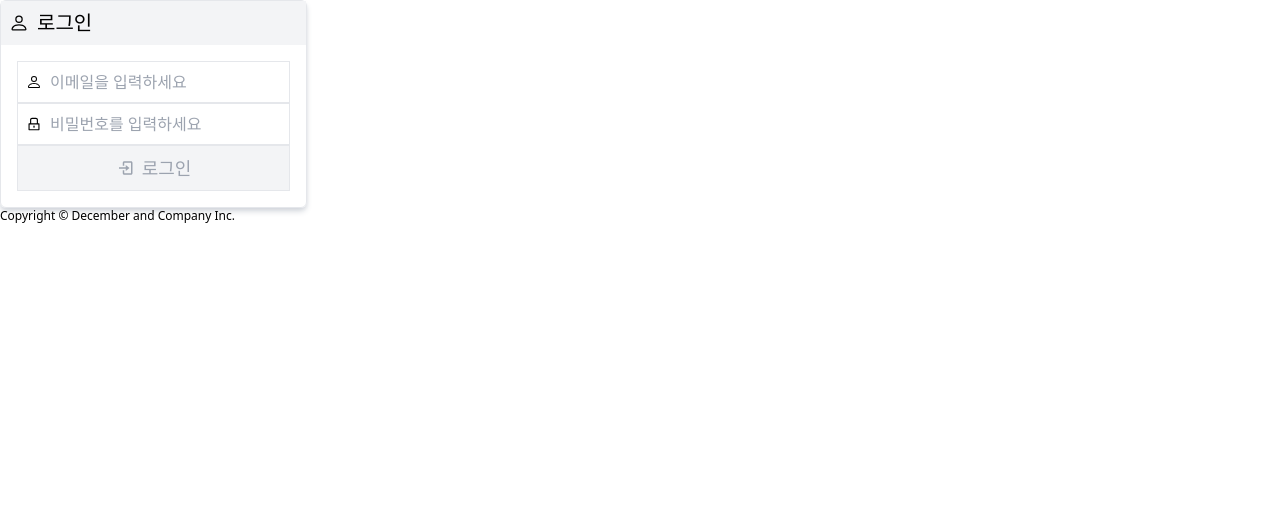
Repository: wanted-pre-onboarding-4/pre-onboarding-assignment-week-4-1-team-4
Page: /login (app in client/)
The author's editor kept a copy of each file at every save. The page is drawn from the files as they stood at one save, then again after the next save.
The browser window is 1280 px wide. The pictures show the whole page.
The project was rebuilt for these pictures with package versions that can differ from the ones it lists, and the page was loaded fresh each time. Also part of the build but not shown: client/src/components/Footer.jsx, client/src/components/Header.jsx, client/src/components/Sider.jsx, client/src/components/Layout.jsx.

Above is the page before, as saved 2022-09-20 21:21:01.

### client/src/index.js
import React from 'react';
import ReactDOM from 'react-dom/client';
import App from './App';
import "./index.css"
const root = ReactDOM.createRoot(document.getElementById('root'));
root.render(
  <React.StrictMode>
    <App />
  </React.StrictMode>
);

### client/src/App.js
import { BrowserRouter as Router, Routes, Route } from 'react-router-dom';
import Layout from './components/Layout';
import Login from './pages/login/Login';

function App() {
  return (
    <Router>
      <Routes>
        <Route path="/login" element={<Login/>} />
        <Route element={<Layout />}>
          <Route path="/" element={<div>홈</div>} />
          <Route path="/users" element={<div>유저 목록 페이지</div>} />
          <Route path="/users/:user_id" element={<div>유저 상세 페이지</div>} />
          <Route path="/accounts" element={<div>계좌 목록 페이지</div>} />
          <Route path="/accounts/:account_id" element={<div>계좌 상세 페이지</div>} />
          <Route path="*" element={<div>404페이지</div>} />
        </Route>
      </Routes>
    </Router>
  );
}

export default App;

### client/src/index.css
#root{
  display: flex;
  height:100vh;
}

@tailwind base;
@tailwind components;
@tailwind utilities;

### client/src/pages/login/Login.jsx
import React from 'react';
import { BsPerson } from 'react-icons/bs';
import { AiOutlineLock } from 'react-icons/ai';
import { BiLogIn } from 'react-icons/bi';

const Login = () => {
  return (
    <div className='flex flex-col'>
      <div className='border-solid border-[1px] rounded-md shadow-md shadow-gray-300'>
        <div className="flex items-center justify-start space-x-2 p-2 font-medium text-xl bg-gray-100">
          <BsPerson />
          <h1>로그인</h1>
        </div>
        <form className='p-4'>
          <label className="flex items-center space-x-2 border-solid border-[1px] p-2">
            <BsPerson />
            <input type="email" placeholder="이메일을 입력하세요" className='outline-none' />
          </label>
          <label className="flex items-center space-x-2 border-solid border-[1px] p-2">
            <AiOutlineLock />
            <input type="password" placeholder="비밀번호를 입력하세요" className='outline-none' />
          </label>
          <button
            className="flex items-center justify-center space-x-2 w-full text-lg border-solid border-[1px] p-2 disabled:text-gray-400 disabled:bg-gray-100"
            disabled={true}
          >
            <BiLogIn />
            <span>로그인</span>
          </button>
        </form>
      </div>
        <p className='text-xs'>Copyright © December and Company Inc.</p>
    </div>
  );
};

export default Login;

Loaded but not shown: client/public/index.html (common file); client/tailwind.config.js (common file)

After the next save:
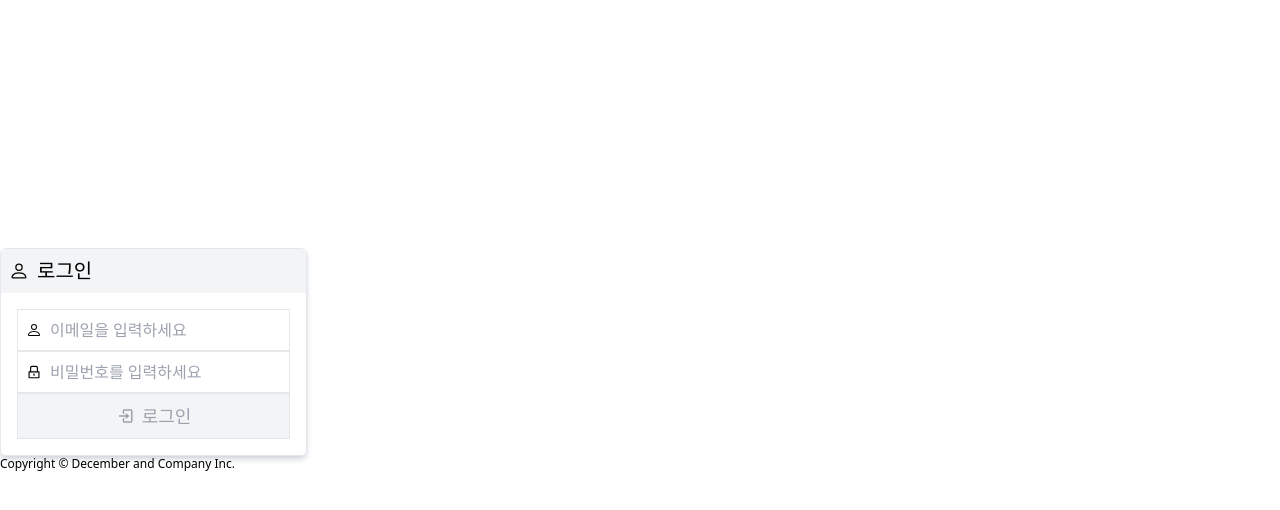
Saved 6 s later.
--- a/client/src/pages/login/Login.jsx
+++ b/client/src/pages/login/Login.jsx
@@ -5,7 +5,7 @@ import { BiLogIn } from 'react-icons/bi';
 
 const Login = () => {
   return (
-    <div className='flex flex-col'>
+    <div className='flex flex-col justify-center'>
       <div className='border-solid border-[1px] rounded-md shadow-md shadow-gray-300'>
         <div className="flex items-center justify-start space-x-2 p-2 font-medium text-xl bg-gray-100">
           <BsPerson />
